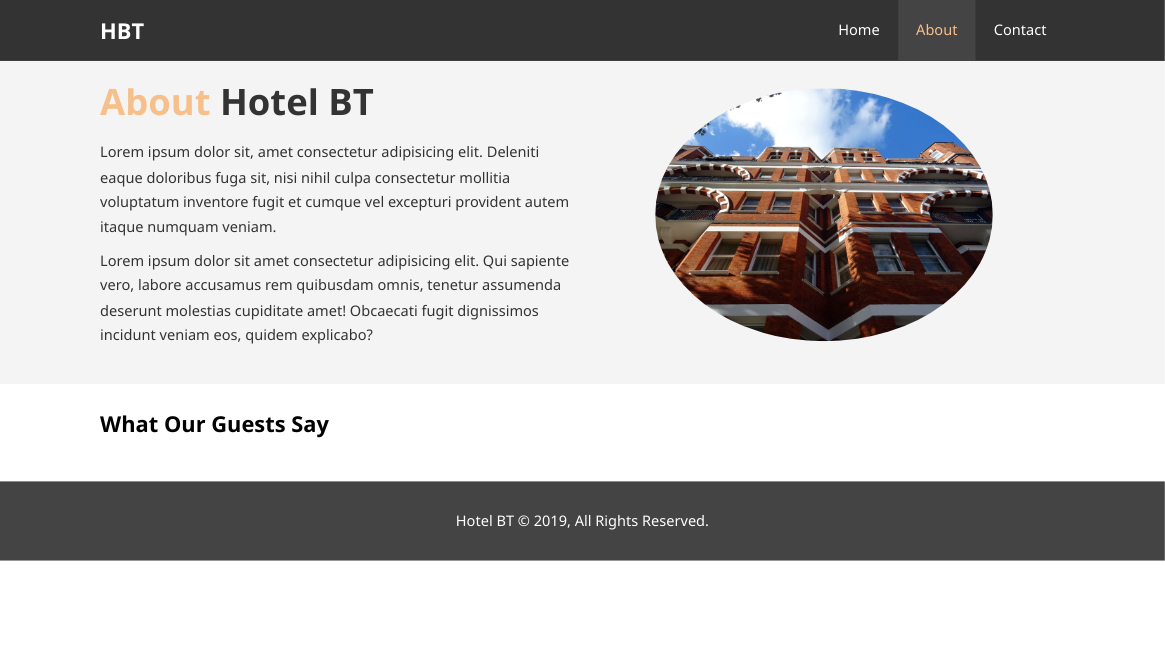
Repository: minhtien9/hotel-website
Page: about.html
These files come from the project's save history. The page is drawn as it stood at one moment and after the next save; the edit follows.
The browser window is 1280 px wide. The pictures show the whole page, at 91% of full size.

Above is the page before, as saved 2021-08-14 18:24:43.

After the next save:
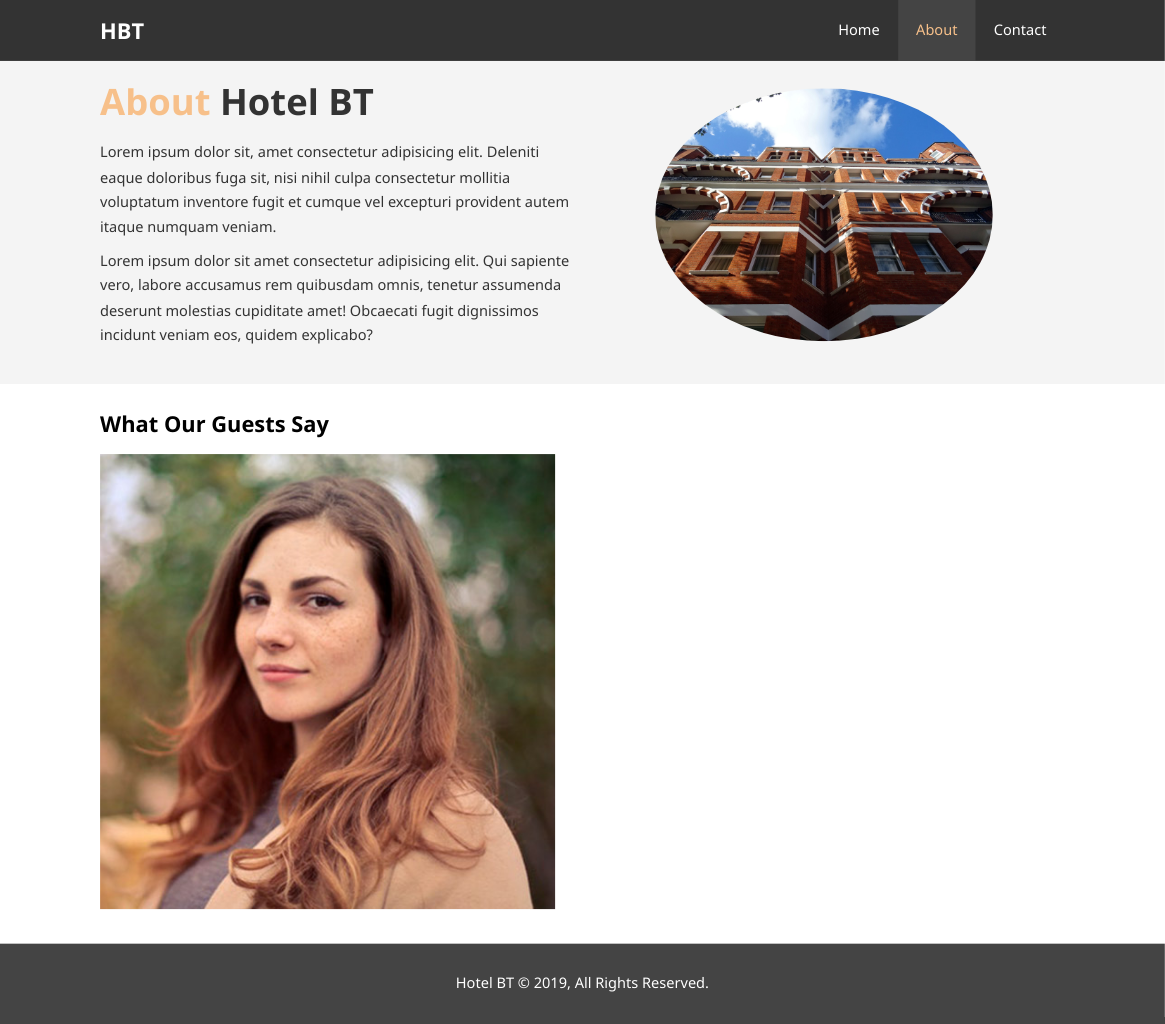
Saved 36 s later.
--- a/about.html
+++ b/about.html
@@ -48,6 +48,9 @@
     <section id="testimonials" class="py-3">
         <div class="container">
             <h2 class="lheading">What Our Guests Say</h2>
+            <div class="testtimonial">
+                <img src="./img/person-1.jpg" alt="" />
+            </div>
         </div>
     </section>
     <footer id="main-footer">
